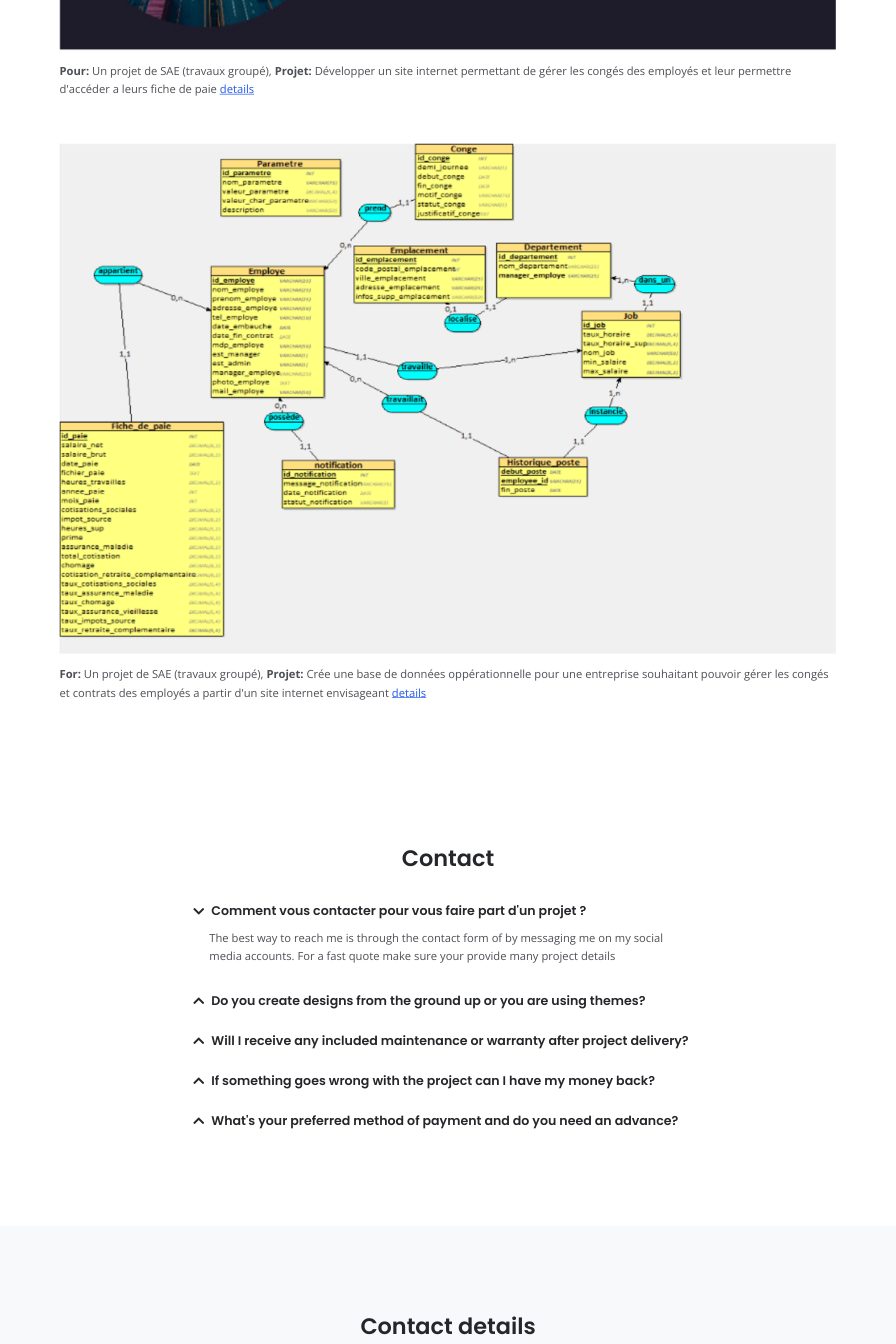
Repository: J2S80000/Portfolio
Page: index.html
An editor plug-in stored every save of this project. The page is shown before and after the next save, followed by the edit.
The browser window is 1280 px wide. The pictures show the part of the page from y = 4580 to 6500 px (the page is 7503 px tall before and 7477 px after), at 70% of full size.

Above is the page before, as saved 2025-05-05 17:43:48.

After the next save:
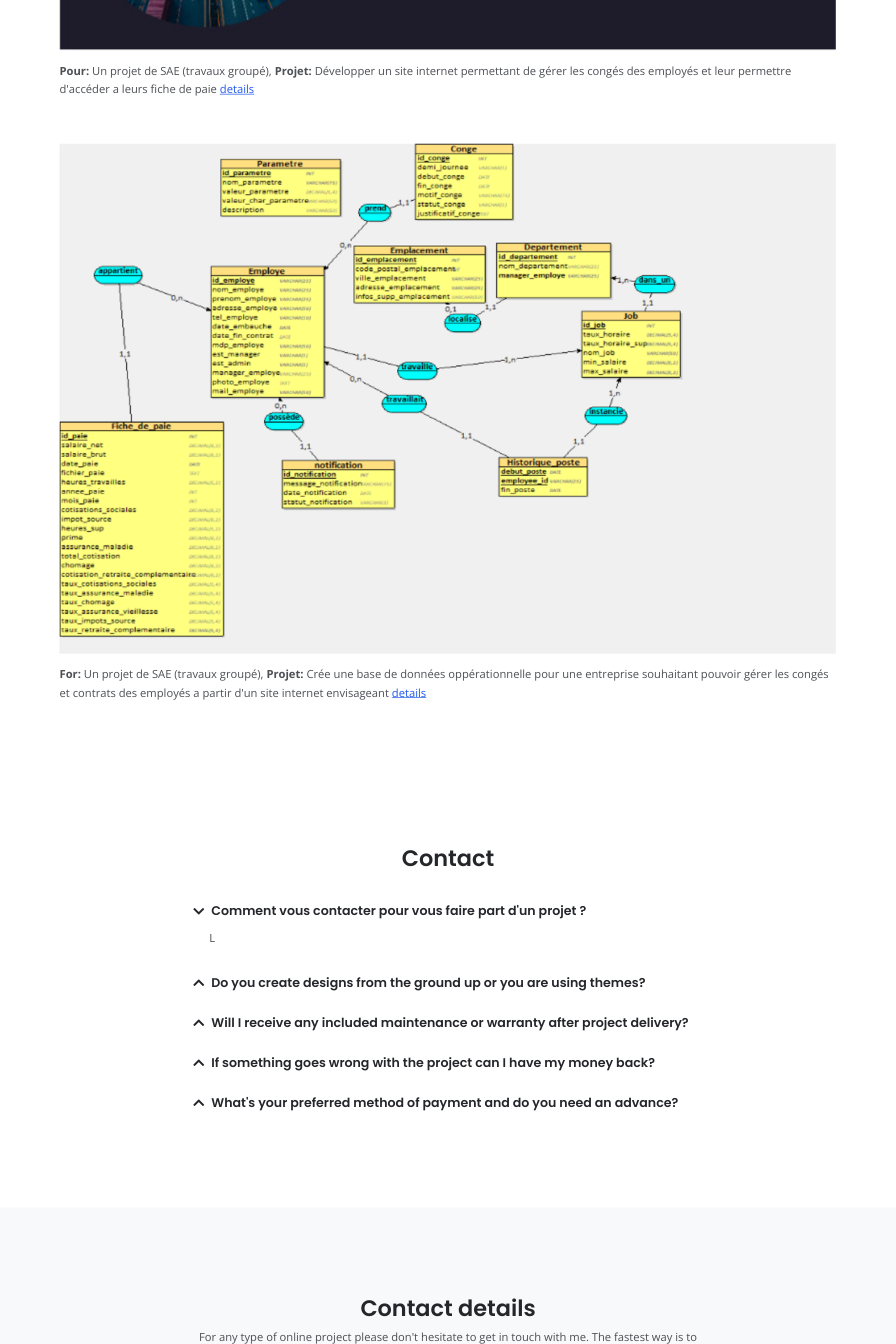
Saved 5 s later.
--- a/index.html
+++ b/index.html
@@ -286,7 +286,7 @@
                             </div>
                             <div id="collapseOne" class="collapse show" aria-labelledby="headingOne" data-parent="#accordionExample">
                                 <div class="card-body">
-                                    The best way to reach me is through the contact form of by messaging me on my social media accounts. For a fast quote make sure your provide many project details
+                                    L
                                 </div>
                             </div>
                         </div>
